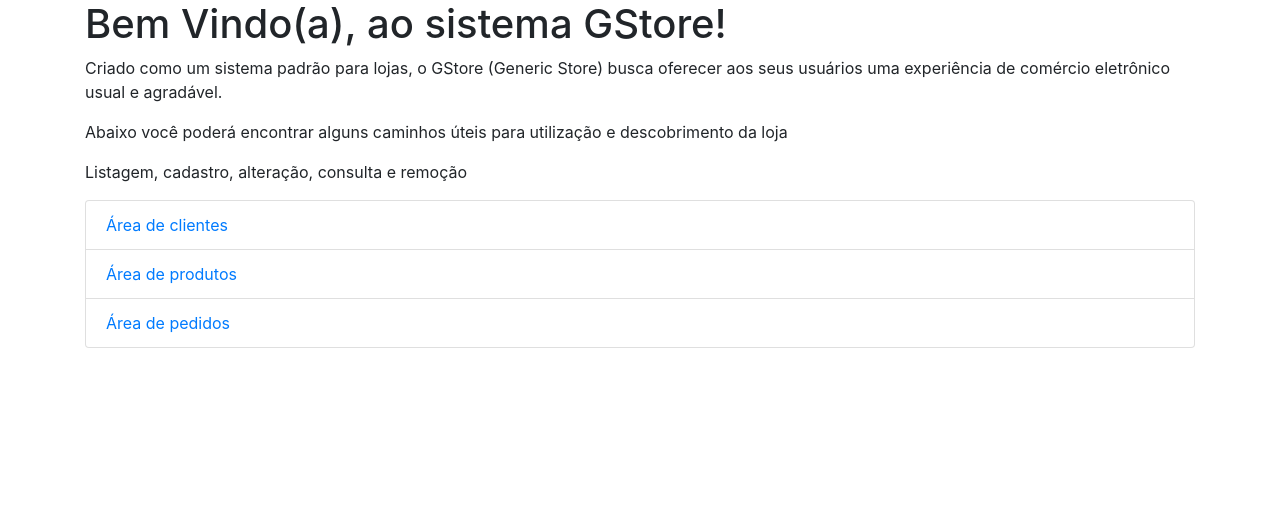
Repository: ElizeusRamos/gstore
Page: GStoreWorkspace/GStoreWeb/WebContent/index.html
These files come from the project's save history. The page is drawn as it stood at one moment and after the next save; the edit follows.
The browser window is 1280 px wide. The pictures show the whole page.

Above is the page before, as saved 2022-05-29 14:19:21.

After the next save:
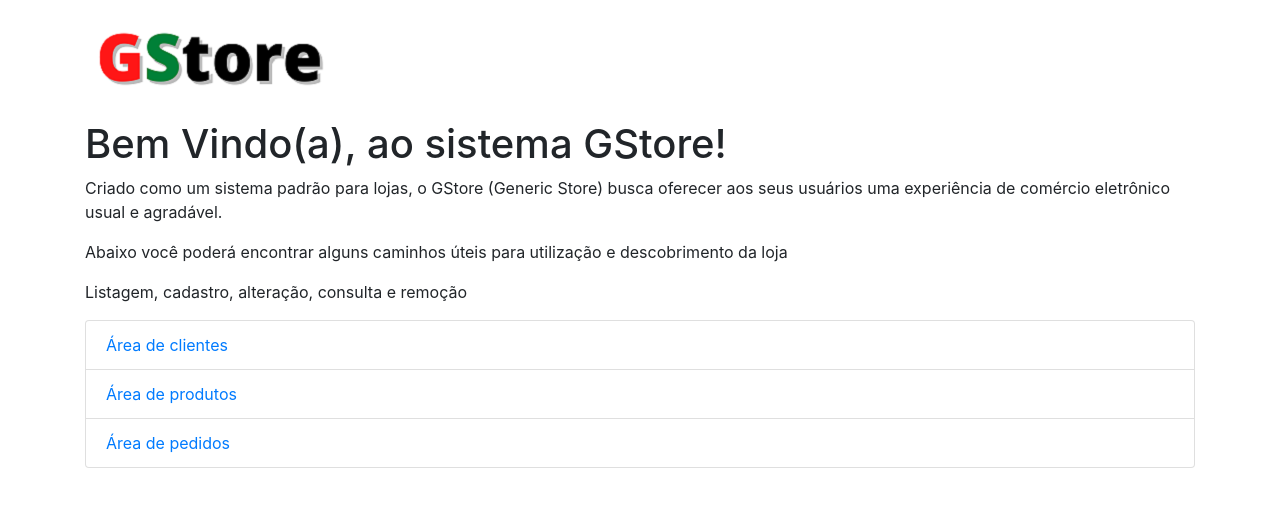
Saved 55 s later.
--- a/GStoreWorkspace/GStoreWeb/WebContent/index.html
+++ b/GStoreWorkspace/GStoreWeb/WebContent/index.html
@@ -12,7 +12,9 @@
 	</head>
 	<body>
 	<div class="container">
-	<div></div>
+		<div>
+			<img src="assets/GStore.png" class="img-fluid" alt="gstore logotipo">
+		</div>
 		<h1>Bem Vindo(a), ao sistema GStore!</h1>
 			<p>
 				Criado como um sistema padrão para lojas, o GStore (Generic Store) busca oferecer aos seus usuários
